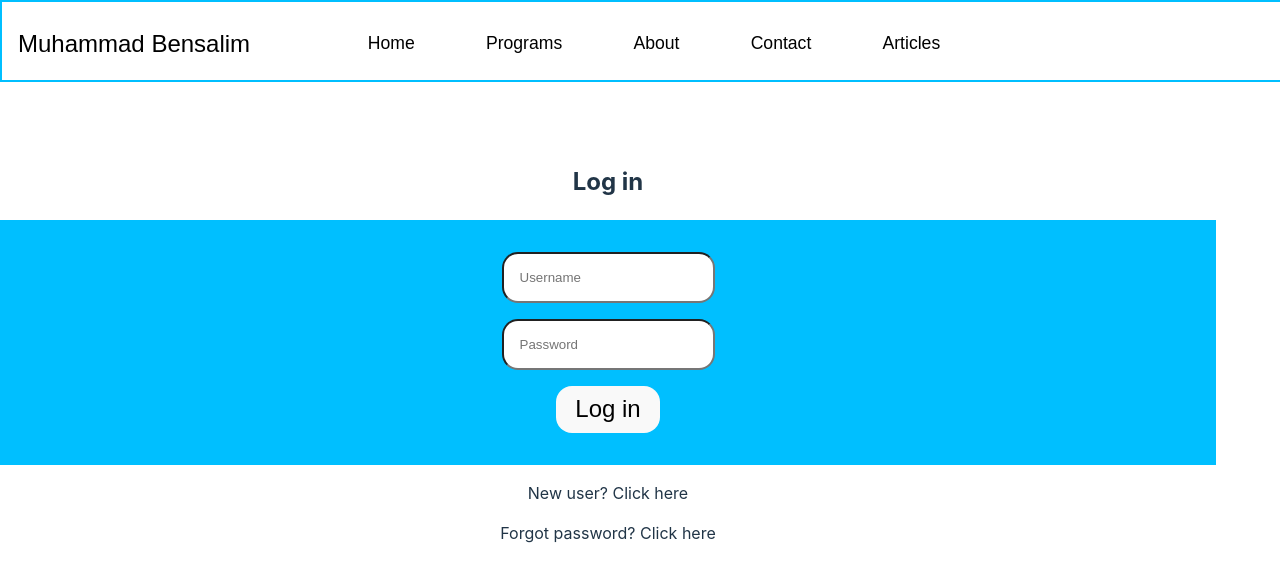
Repository: TMuse333/fitness_templates
Page: /progress
These files come from the project's save history. The page is drawn as it stood at one moment and after the next save; the edit follows.
The browser window is 1280 px wide. The pictures show the whole page.
The project was rebuilt for these pictures with package versions that can differ from the ones it lists, and the page was loaded fresh each time. Also part of the build but not shown: vite.config.js, src/components/herobanner/herobanner.css, src/components/herobanner/herobanner.jsx, src/components/about/about.css, src/components/about/about.jsx, src/components/serviceOffering/serviceOffering.css, src/components/serviceOffering/serviceOffering.jsx, src/data/data.js and 33 more. Imported but missing from the stored project, and not drawn on this page: src/media/best_dunk.mp4.

Above is the page before, as saved 2024-03-09 19:32:16.

After the next save:
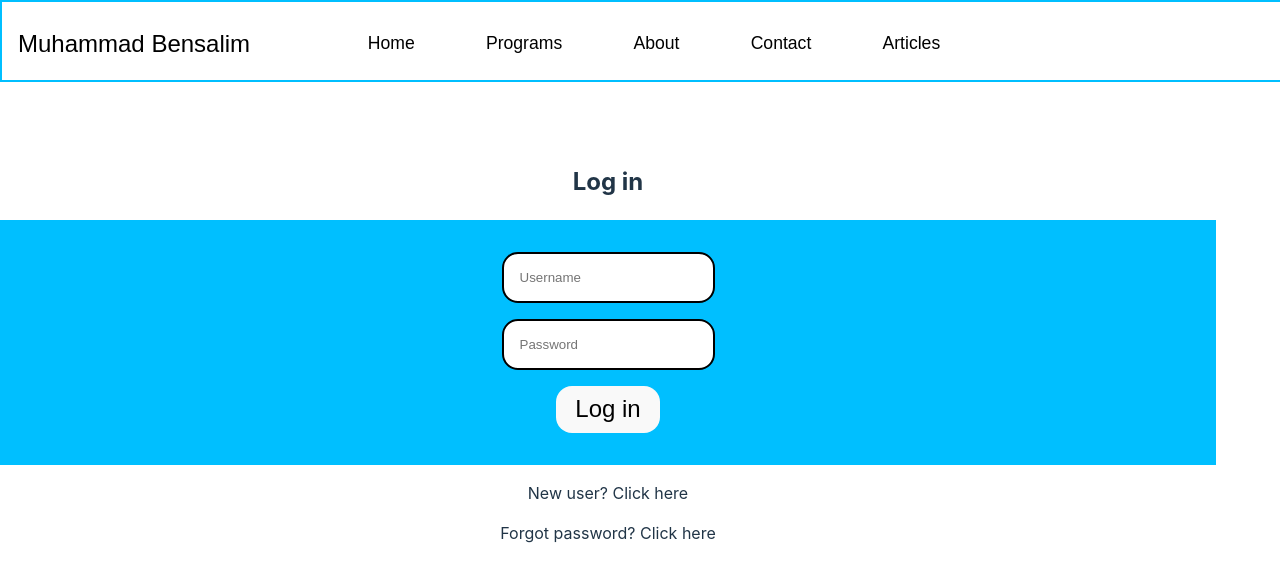
Saved 8 s later.
--- a/src/components/login/login.css
+++ b/src/components/login/login.css
@@ -9,7 +9,7 @@
     padding:1rem;
     margin-bottom: 1rem;
     border-radius: 1rem;
-    border: ;
+    border: 2px solid black;
 }
 
 .login-contanier{
